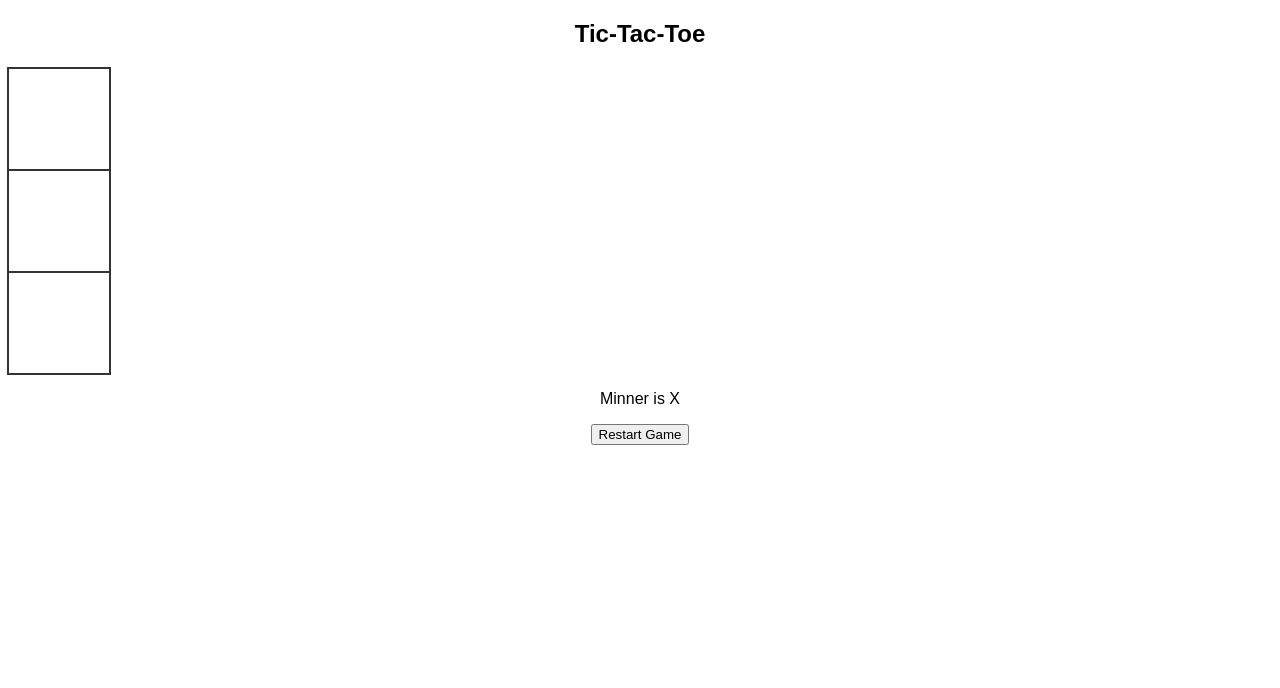
Repository: sedashahnazaryan/tic-tac-too
Page: index.html
The author's editor kept a copy of each file at every save. The page is drawn from the files as they stood at one save, then again after a run of saves.
The browser window is 1280 px wide. The pictures show the whole page.

Above is the page before, as saved 2022-01-31 17:41:43.

### index.html
<!DOCTYPE html>
<html lang="en">
<head>
    <meta charset="UTF-8">
    <meta http-equiv="X-UA-Compatible" content="IE=edge">
    <meta name="viewport" content="width=device-width, initial-scale=1.0">
    <link rel="stylesheet" href="./index.css">
<title><Tic-Tac-Toe></title>

</head>
<body>
    <section>
        <h1>Tic-Tac-Toe</h1>

    <div class="game-container">
        <div class="wrapper">
        <div class="ceil ceil-index-0"></div>
        <div class=" ceil ceil-index-1"></div>
        <div class=" ceil ceil-index-2"></div>
        <div class="ceil-index-3"></div>
        <div class="ceil-index-4"></div>
        <div class="ceil-index-5"></div>
     </div>
    </div>
    <p class="message">Minner is X</p>
    <button>Restart Game</button>
</section>
    <script src="index.js"></script>
</body>
</html>

### index.css
body {
    font-family: "Arial", sans-serif;
  }
section{
  text-align: center;

}
.game-contanier{
margin-top: 10px ;
display:grid;
grid-template-columns:repeat (3, auto);
width: 300px;
margin: 50px auto;
align-items: center;
justify-content: center;

}

    .ceil {
        font-family: "Permanent Marker", cursive;
        width: 100px;
        height: 100px;
        box-shadow: 0 0 0 1px #333333;
        border: 1px solid #333333;
        cursor: pointer;
        line-height: 100px;
        font-size: 60px;
      }

Loaded but not shown: index.js (no copy from this time; the picture is the same without it)

After the next 2 saves:
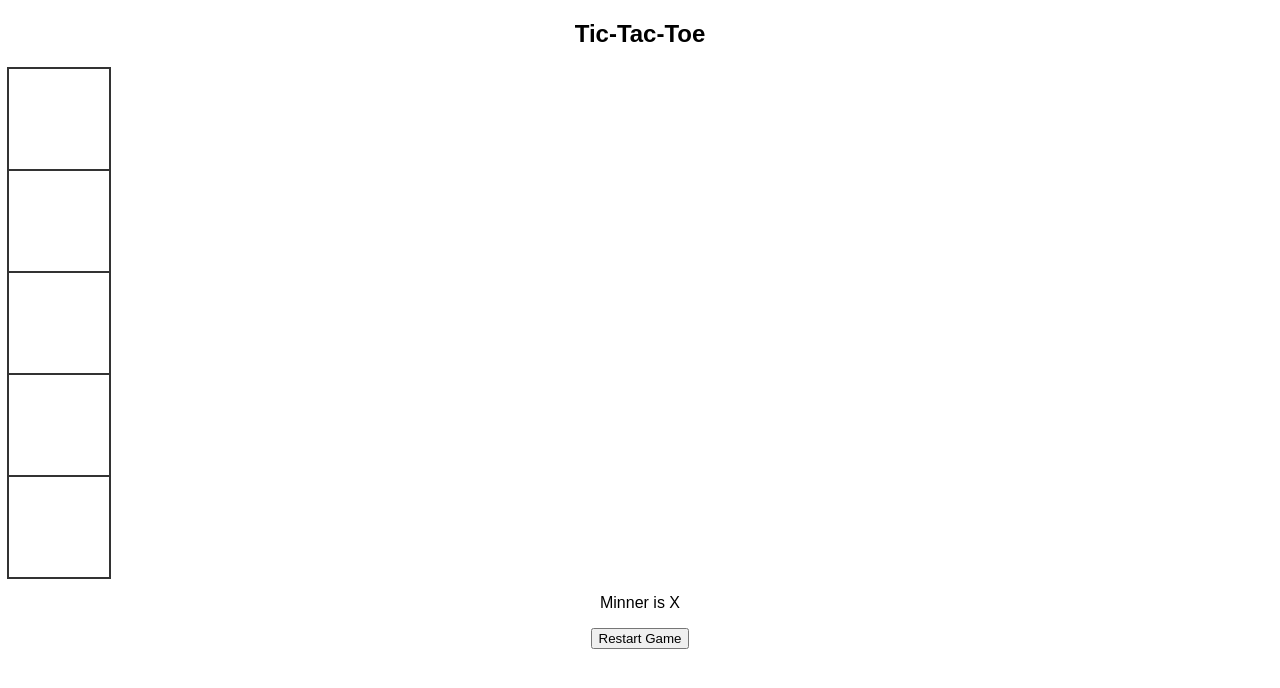
The 2 saves are shown as one change because they came seconds apart.
The last was saved 8 s later.
--- a/index.html
+++ b/index.html
@@ -17,8 +17,8 @@
         <div class="ceil ceil-index-0"></div>
         <div class=" ceil ceil-index-1"></div>
         <div class=" ceil ceil-index-2"></div>
-        <div class="ceil-index-3"></div>
-        <div class="ceil-index-4"></div>
+        <div class="ceil ceil-index-3"></div>
+        <div class="ceil ceil-index-4"></div>
         <div class="ceil-index-5"></div>
      </div>
     </div>
